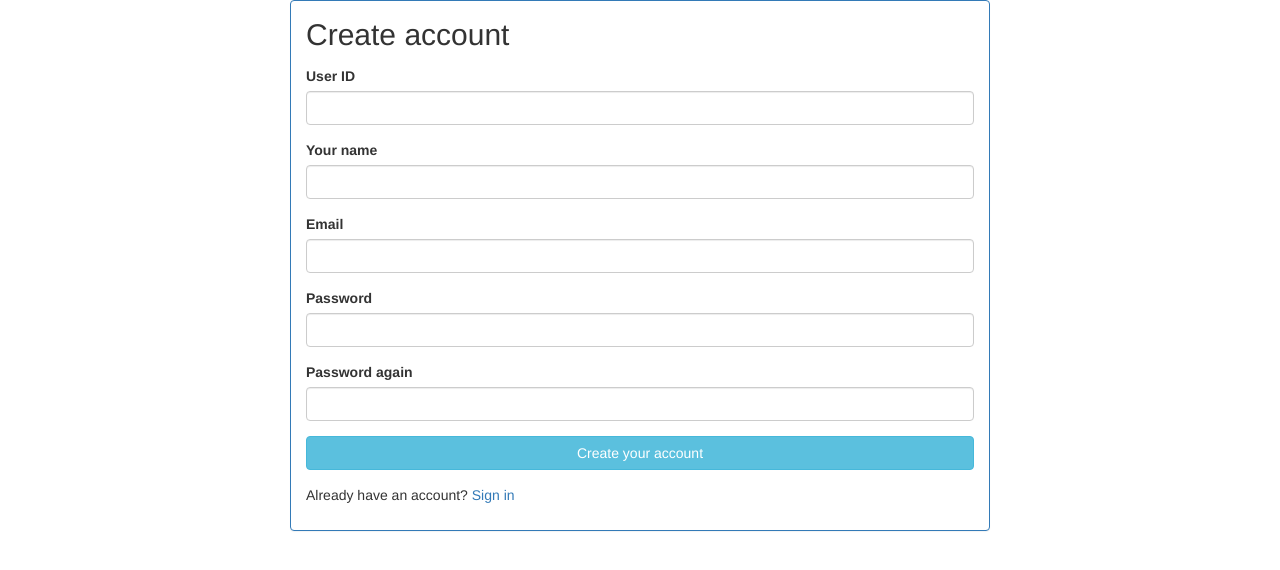
Repository: vishnujayabalan/MobileShopping
Page: http://localhost/frontend/WEB-INF/view/Register.jsp
The author's editor kept a copy of each file at every save. The page is drawn from the files as they stood at one save, then again after the next save.
The browser window is 1280 px wide. The pictures show the whole page.
Some web libraries are served in a nearby version. The page is served by Tomcat 9. Nobody is signed in. Other server files are loaded and not shown. The template is opened directly, without the code that normally fills it, so the values that code supplies are empty.

Above is the page before, as saved 2017-04-03 09:17:46.

### frontend/src/main/webapp/WEB-INF/view/Register.jsp
<%@ page language="java" contentType="text/html; charset=ISO-8859-1"
    pageEncoding="ISO-8859-1"%>
<!DOCTYPE html PUBLIC "-//W3C//DTD HTML 4.01 Transitional//EN" "http://www.w3.org/TR/html4/loose.dtd">
<html>
<head>
<%@ taglib uri="http://java.sun.com/jsp/jstl/core" prefix="c"%>
<meta http-equiv="Content-Type" content="text/html; charset=ISO-8859-1">
<meta name="viewport" content="width=device-width, initial-scale=1">
  <link rel="stylesheet" href="https://maxcdn.bootstrapcdn.com/bootstrap/3.3.7/css/bootstrap.min.css">
  <script src="https://ajax.googleapis.com/ajax/libs/jquery/3.1.1/jquery.min.js"></script>
  <script src="https://maxcdn.bootstrapcdn.com/bootstrap/3.3.7/js/bootstrap.min.js"></script>
<title>register</title>
</head>
<style>


h2 {
  margin-top: 2px;
  margin-bottom: 2px;
}

.container { max-width: 700px; }

.divider {
  text-align: center;
  margin-top: 20px;
  margin-bottom: 5px;
}
.divider hr {
 margin: 7px 0px;
  width: 35%;

}
.left { float: left; }

.right { float: right; }

<c:if test="${!empty register }">
					<div id="login-alert"
						class="alert alert-success col-sm-12">

							${msg}

					</div>
					</c:if>

</style>
<body>

    <div class="container">
		<div class="row">
			<div class="panel panel-primary">
				<div class="panel-body">
					<form method="POST" action="create_register" method="get">
						<div class="form-group">
							<h2>Create account</h2>
						</div>
						<div class="form-group">
							<label class="control-label" for="id">User ID</label>
							<input name="userid" type="text" maxlength="20" class="form-control">
						</div>
						<div class="form-group">
							<label class="control-label" for="signupName">Your name</label>
							<input name="name" type="text" maxlength="50" class="form-control">
						</div>
						<div class="form-group">
							<label class="control-label" for="signupEmailagain">Email </label>
							<input name="email" type="email" maxlength="50" class="form-control">
						</div>
						<div class="form-group">
							<label class="control-label" for="signupPassword">Password</label>
							<input name="pwd" type="password" maxlength="25" class="form-control"  length="40">
						</div>
						<div class="form-group">
							<label class="control-label" for="signupPasswordagain">Password again</label>
							<input name="cpwd" type="password" maxlength="25" class="form-control">
						</div>
						<div class="form-group">
							<button id="signupSubmit" type="submit" class="btn btn-info btn-block">Create your account</button>
						</div>
						<p></p>Already have an account? <a href="clicklog">Sign in</a></p>
					</form>
				</div>
			</div>
		</div>
	</div>
</body>
</html>

After the next save:
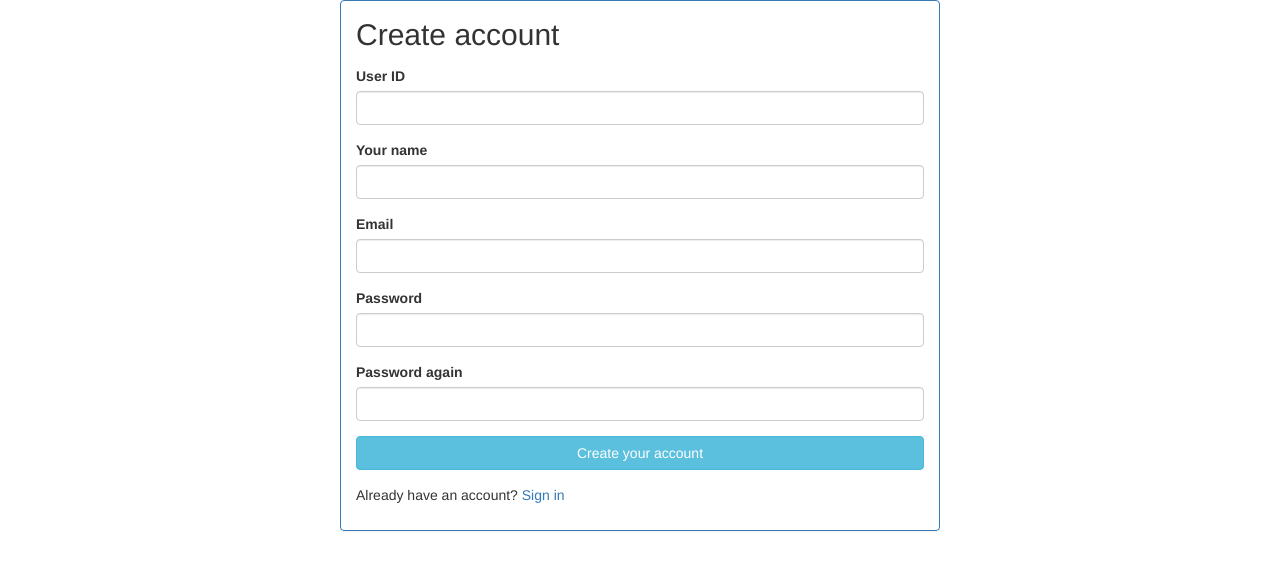
Saved 32 s later.
--- a/frontend/src/main/webapp/WEB-INF/view/Register.jsp
+++ b/frontend/src/main/webapp/WEB-INF/view/Register.jsp
@@ -19,7 +19,7 @@ h2 {
   margin-bottom: 2px;
 }
 
-.container { max-width: 700px; }
+.container { max-width: 600px; }
 
 .divider {
   text-align: center;
